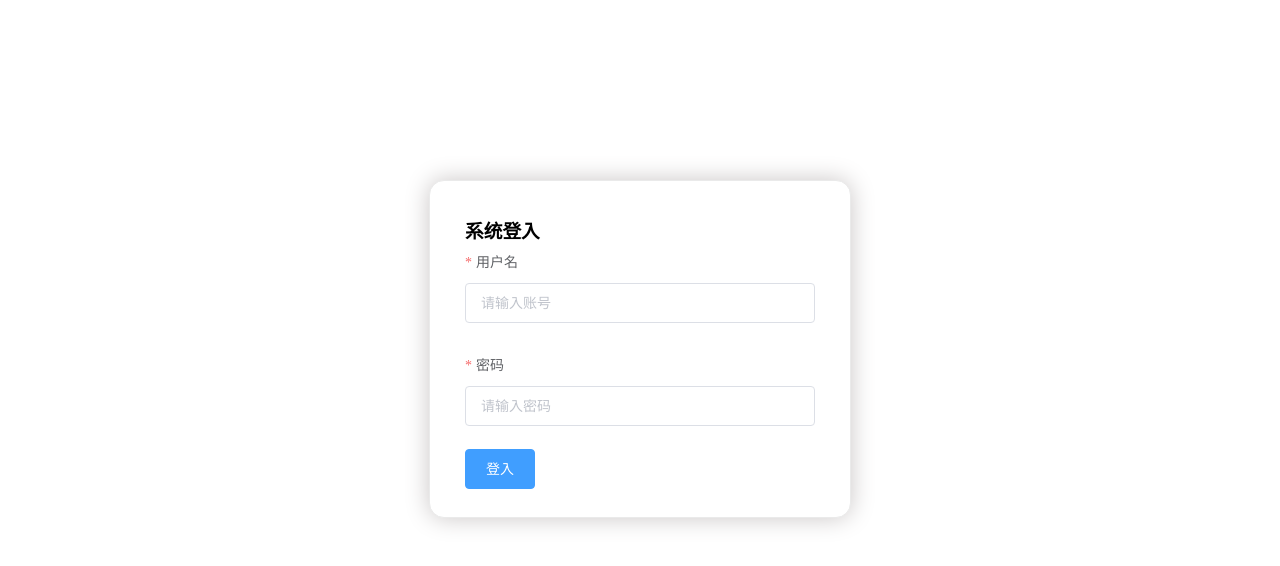
Repository: ldqml/ldqml.github.io
Page: /#/login
An editor plug-in stored every save of this project. The page is shown before and after the next save, followed by the edit.
The browser window is 1280 px wide. The pictures show the whole page.
The project was rebuilt for these pictures with package versions that can differ from the ones it lists, and the page was loaded fresh each time. Also part of the build but not shown: vue.config.js, src/api/request.js, src/api/index.js, src/views/User.vue, src/views/Home.vue, src/components/ComAside.vue, src/components/ComHeader.vue, src/components/CommonTag.vue and 4 more.

Above is the page before, as saved 2022-11-12 13:07:52.

After the next save:
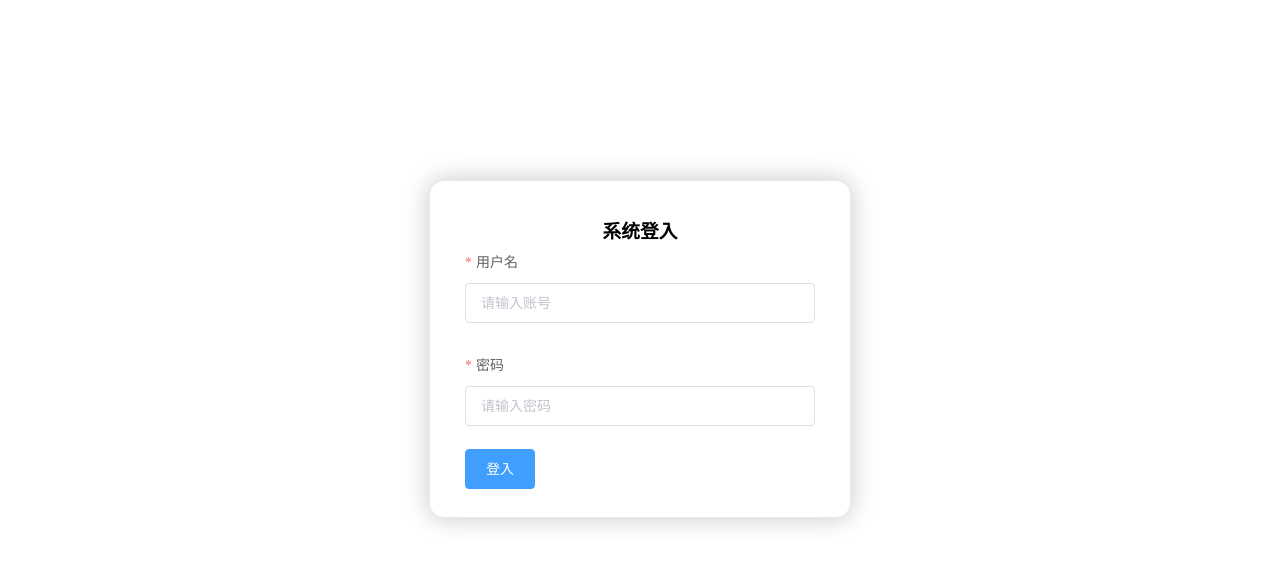
Saved 2 min 53 s later.
--- a/src/views/Login.vue
+++ b/src/views/Login.vue
@@ -43,5 +43,8 @@ export default {
     background: #fff;
     border-radius: 15px;
     box-shadow: 0 0 25px #cac6c6;
+    .login_title{
+        text-align: center;
+    }
 }
 </style>
